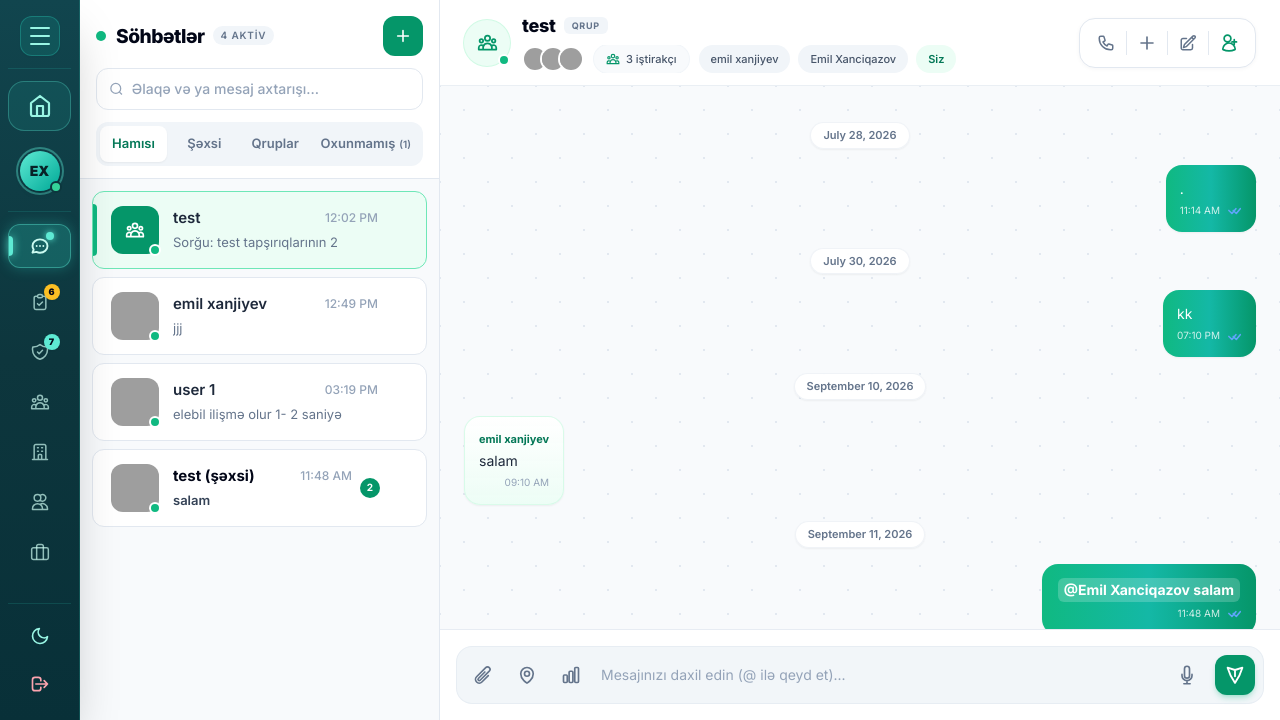
Repository: Murad-Ahmedov7/ticket-app
Page: /
The author's editor kept a copy of each file at every save. The page is drawn from the files as they stood at one save, then again after the next save.
The browser window is 1280 px wide. The pictures show the whole page.
Pictures or frames that could not be fetched are drawn as grey boxes. An inner scrolling area shows only its first screen. The project was rebuilt for these pictures with package versions that can differ from the ones it lists, and the page was loaded fresh each time. Also part of the build but not shown: vite.config.js, src/components/chat/ReplyQuote.jsx, src/components/chat/ReactionPicker.jsx, src/components/tasks/TaskKanban.jsx, src/components/tasks/TaskCalendar.jsx, src/components/modals/AudioCallModal.jsx, src/utils/pollOptionDrag.js, src/components/modals/PollModal.jsx and 13 more.

Above is the page before, as saved 2026-09-30 21:07:29.

After the next save:
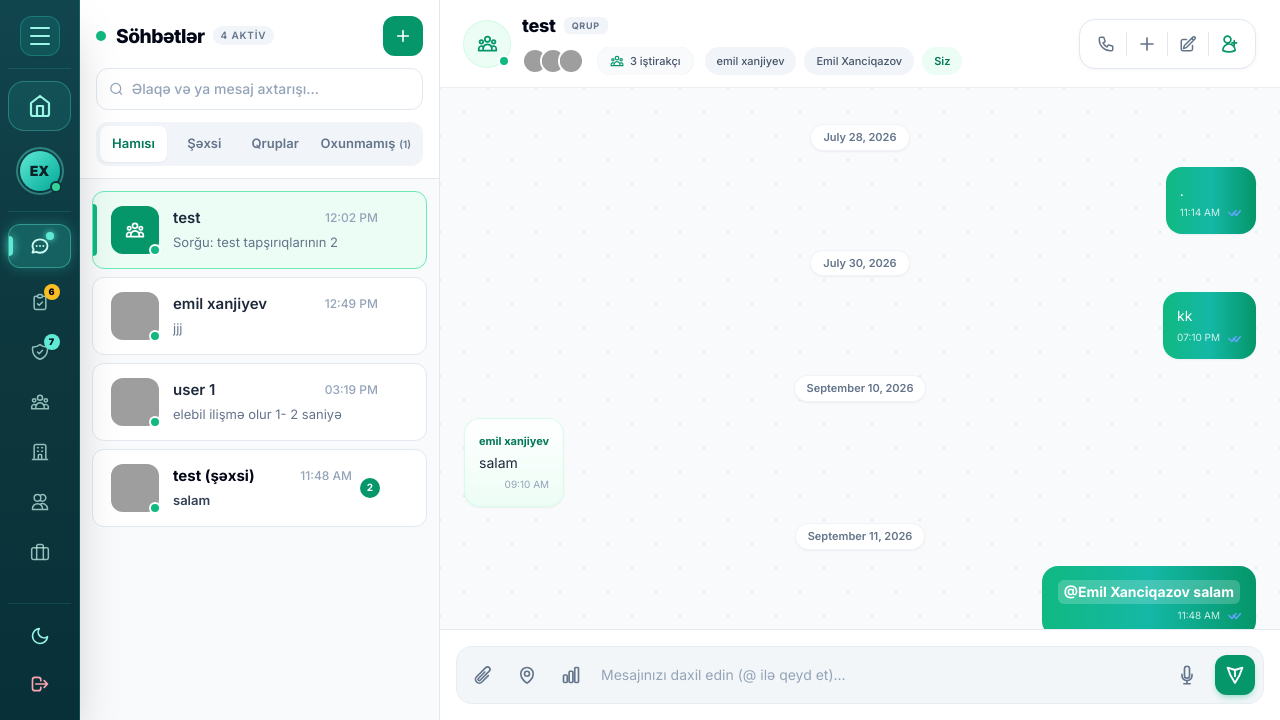
Saved 103 s later.
--- a/src/components/chat/ChatHeader.jsx
+++ b/src/components/chat/ChatHeader.jsx
@@ -284,18 +284,18 @@ export default function ChatHeader({
           {isGroup ? (
             <div
               className="
-                mt-1.5
+                mt-2
                 flex
                 min-w-0
                 items-center
-                gap-2.5
+                gap-3
                 overflow-hidden
                 whitespace-nowrap
               "
             >
 
               {/* MEMBER AVATARS */}
-              <div className="flex shrink-0 items-center -space-x-2">
+              <div className="mr-0.5 flex shrink-0 items-center -space-x-2">
 
                 {visibleMembers.map((member, index) => (
                   <img
@@ -438,7 +438,7 @@ export default function ChatHeader({
 
             </div>
           ) : (
-            <div className="mt-1.5 flex items-center gap-2">
+            <div className="mt-2 flex items-center gap-2">
 
               <span className="h-2 w-2 rounded-full bg-emerald-500" />
 
